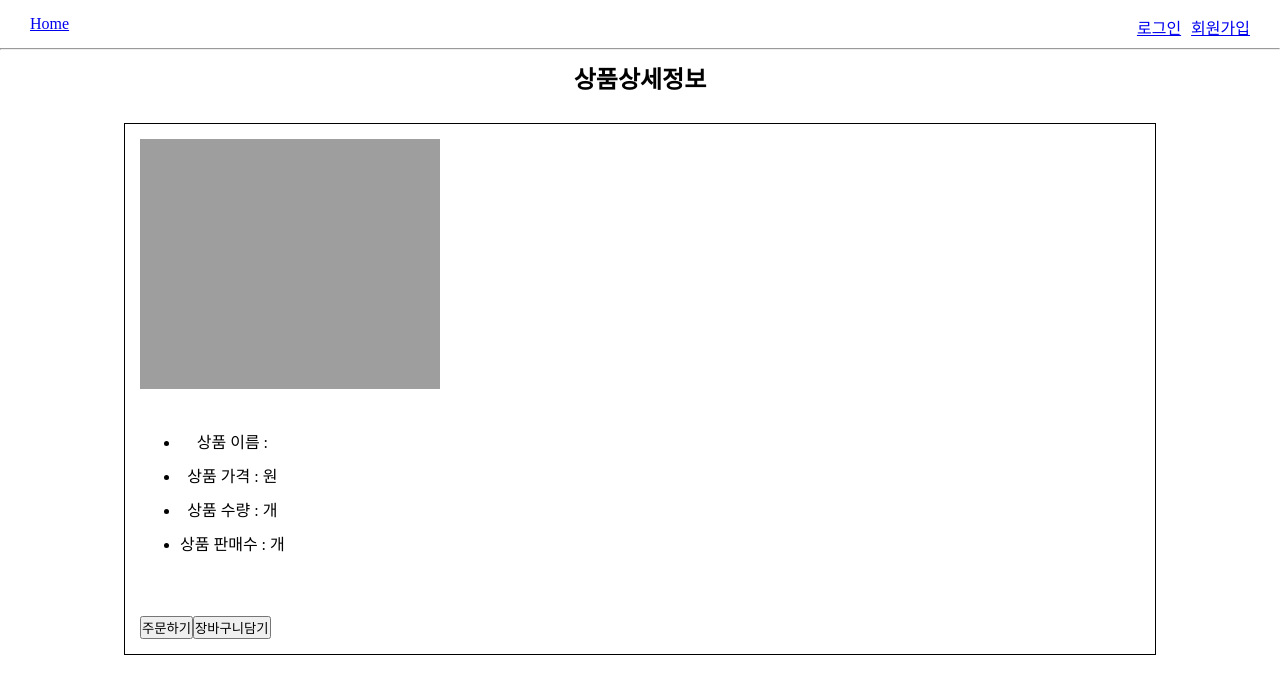
Repository: quswldms137/Shopping
Page: http://localhost/shop/WEB-INF/views/productDetail.jsp
These files come from the project's save history. The page is drawn as it stood at one moment and after the next save; the edit follows.
The browser window is 1280 px wide. The pictures show the whole page.
Pictures or frames that could not be fetched are drawn as grey boxes. The page is served by Tomcat 10. Nobody is signed in. Other server files are loaded and not shown. The template is opened directly, without the code that normally fills it, so the values that code supplies are empty.

Above is the page before, as saved 2024-05-29 07:18:13.

### shop/shop/src/main/webapp/WEB-INF/views/productDetail.jsp
<%@ page language="java" contentType="text/html; charset=UTF-8"
    pageEncoding="UTF-8"%>
<!DOCTYPE html>
<html>
<head>
<meta charset="UTF-8">
<title>Insert title here</title>
<style>
.container, h2 {
display: flex;
justify-content: center;
align-items: center;
flex-direction: column;
}
h2{padding:10px;}
.img {
    display: flex;
    flex-direction: column; /* 수직 정렬 */
    align-items: flex-start; /* 가로축 가운데 정렬 */
    justify-content: flex-start; /* 세로축 가운데 정렬 */
    border: 1px solid black; /* 테두리 스타일 및 두께 설정 */
    padding: 15px; /* 테두리와 내용 사이의 간격 설정 */
    width: 1000px;
    height: 500px;
    text-align: center; /* 텍스트 가운데 정렬 */
}
.text {
    flex: 1; /* 남은 공간을 모두 차지 */
    padding: 30px;
}
.text li{
	margin:10px;
}
.btn {
    display: flex;
    flex-direction: row; /* 수직 정렬 */
    align-items: center; /* 가로축 가운데 정렬 */
    justify-content: center; /* 세로축 가운데 정렬 */
}

</style>
</head>
<body>
<header>
	<%@ include file="header.jsp" %>
</header>
<session>
<hr>
<h2>상품상세정보</h2>
<br>
<div class="container">
	<div class="img">
		<img id="img-img" src="/images/${product.url }" alt="${product.pname }" width="300px" height="250px">
		<div class="text">
			<ul>
				<li>상품 이름 : ${product.pname }</li>
				<li>상품 가격 : ${product.price }원</li>
				<li>상품 수량 : ${product.stock }개</li>
				<li>상품 판매수 : ${product.sales }개</li>
			</ul>
		</div>
		<div class="btn">
			<a href="orderDo"><button>주문하기</button></a>
			<a href="cartDo"><button>장바구니담기</button></a>
		</div>
	</div>
</div>
</session>
</body>
</html>

### shop/shop/src/main/webapp/WEB-INF/views/header.jsp
<%@ page language="java" contentType="text/html; charset=UTF-8"
    pageEncoding="UTF-8"%>
<!DOCTYPE html>
<html>
<head>
<meta charset="UTF-8">
<title>Insert title here</title>
<style>
*{
	margin:0;
	padding:0;
}
header {
	margin:15px;
}
.header-right {
  float: right;
  margin-left:10px;
}
</style>
</head>
<body>
	<header>
			<a class="home_btn" href="/">Home</a>

			<a id="regBtn" class="header-right" href="registForm">회원가입</a>
			<a id="loginBtn" class="header-right" href="loginForm">로그인</a>

			<a id="logoutBtn" class="header-right" href="logout">로그아웃</a>
			<a href="mypage"><span id="name" class="header-right"></span></a>
	</header>

	<script>

	const loginBtn = document.querySelector("#loginBtn");
	const regBtn = document.querySelector("#regBtn");
	const logoutBtn = document.querySelector("#logoutBtn");
	const userName = document.querySelector("#name");

		if(${sessionScope.username eq null}){
			logoutBtn.style.display="none";
		}else{
			loginBtn.style.display="none";
			regBtn.style.display="none";
			logoutBtn.style.display="block";
			userName.innerHTML="${sessionScope.username} 님😀";
		}
	</script>
</body>
</html>

After the next save:
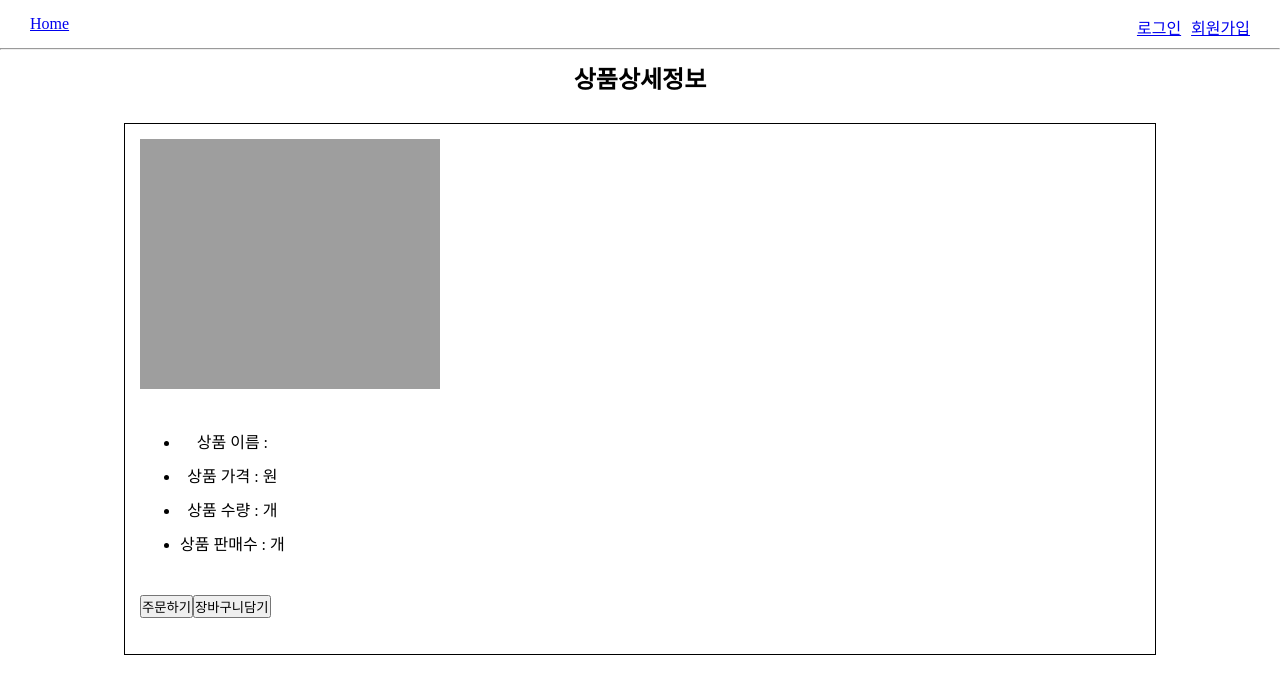
Saved 21 s later.
--- a/shop/shop/src/main/webapp/WEB-INF/views/productDetail.jsp
+++ b/shop/shop/src/main/webapp/WEB-INF/views/productDetail.jsp
@@ -25,7 +25,6 @@ h2{padding:10px;}
     text-align: center; /* 텍스트 가운데 정렬 */
 }
 .text {
-    flex: 1; /* 남은 공간을 모두 차지 */
     padding: 30px;
 }
 .text li{
